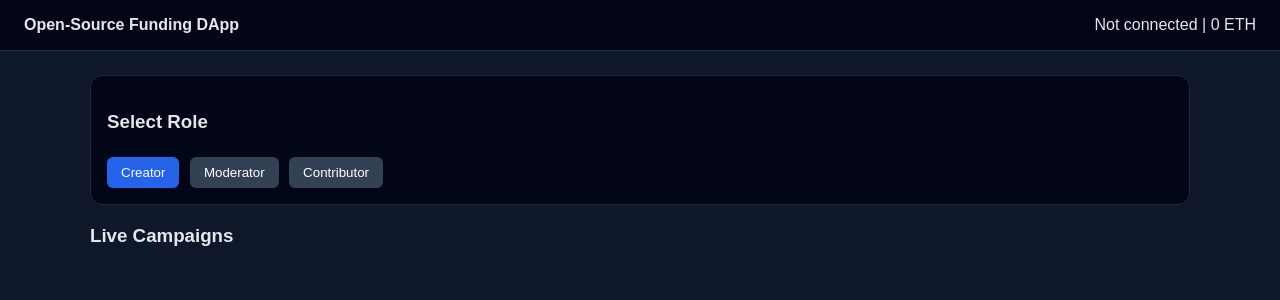
Repository: Xurmayo/Block-Chain-Final
Page: frontend/index.html
These files come from the project's save history. The page is drawn as it stood at one moment and after the next save; the edit follows.
The browser window is 1280 px wide. The pictures show the whole page.

Above is the page before, as saved 2026-02-01 17:16:20.

After the next save:
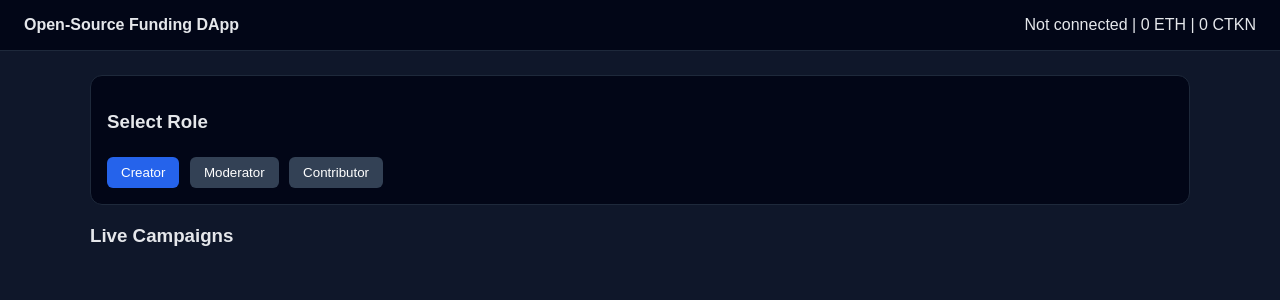
Saved 3 days later.
--- a/frontend/index.html
+++ b/frontend/index.html
@@ -102,7 +102,8 @@
   <b>Open-Source Funding DApp</b>
   <div>
     <span id="wallet">Not connected</span> |
-    <span id="balance">0 ETH</span>
+    <span id="balance">0 ETH</span> |
+    <span id="tokenBalance">0 CTKN</span>
   </div>
 </header>
 
